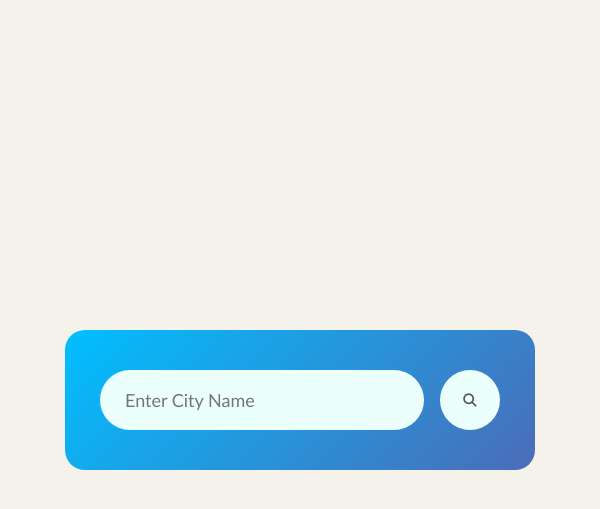
Repository: zeinawady/Weather_App
Page: index.html
An editor plug-in stored every save of this project. The page is shown before and after the next save, followed by the edit.
The browser window is 600 px wide. The pictures show the whole page.

Above is the page before, as saved 2024-09-11 00:42:40.

After the next save:
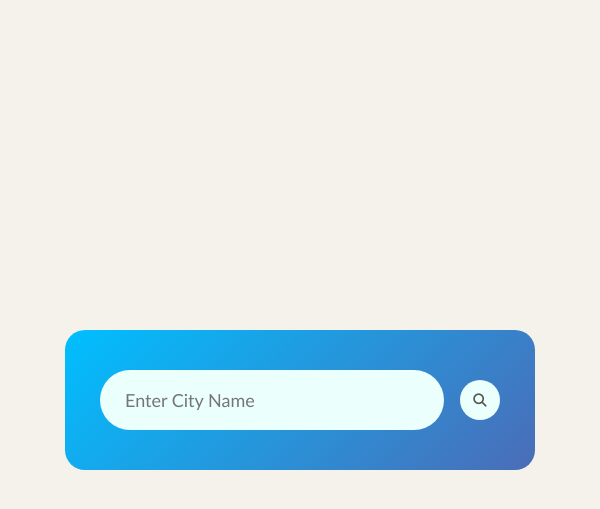
Saved 7 s later.
--- a/css/style.css
+++ b/css/style.css
@@ -60,7 +60,8 @@ transition: 0.3s;
 }
 @media (max-width:767px){
     .search button{
-
+        width: 40px;
+        height: 40px;
     }
 }
 .search button:hover{
